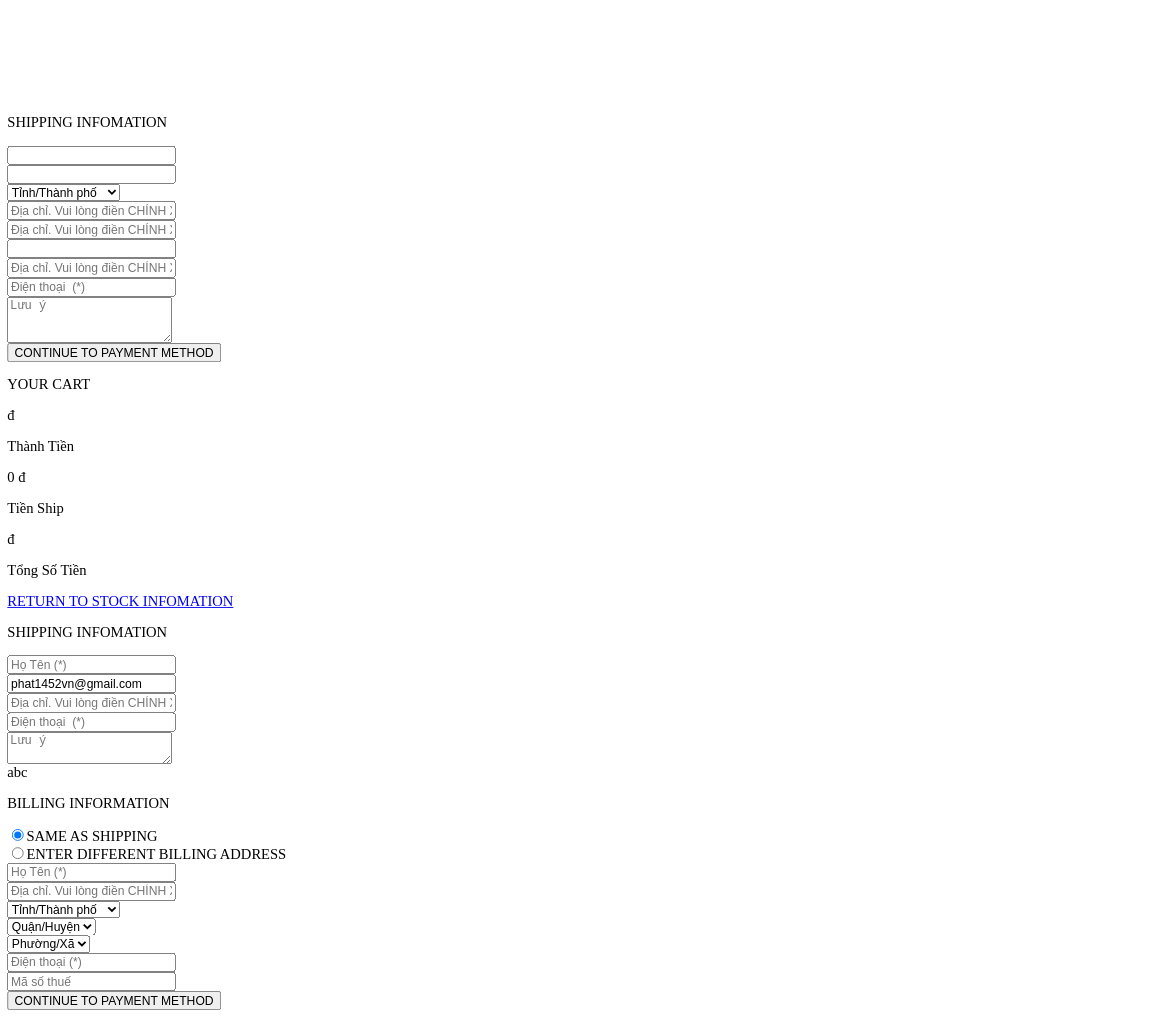
Repository: nguyengiabao245/NHOM3_C2
Page: http://localhost/DoAnJava/WEB-INF/views/order/checkout.jsp
These files come from the project's save history. The page is drawn as it stood at one moment and after the next save; the edit follows.
The browser window is 1280 px wide. The pictures show the whole page, at 91% of full size.
The page is served by Tomcat 9. Nobody is signed in. The template is opened directly, without the code that normally fills it, so the values that code supplies are empty.

Above is the page before, as saved 2022-05-15 12:05:24.

After the next save:
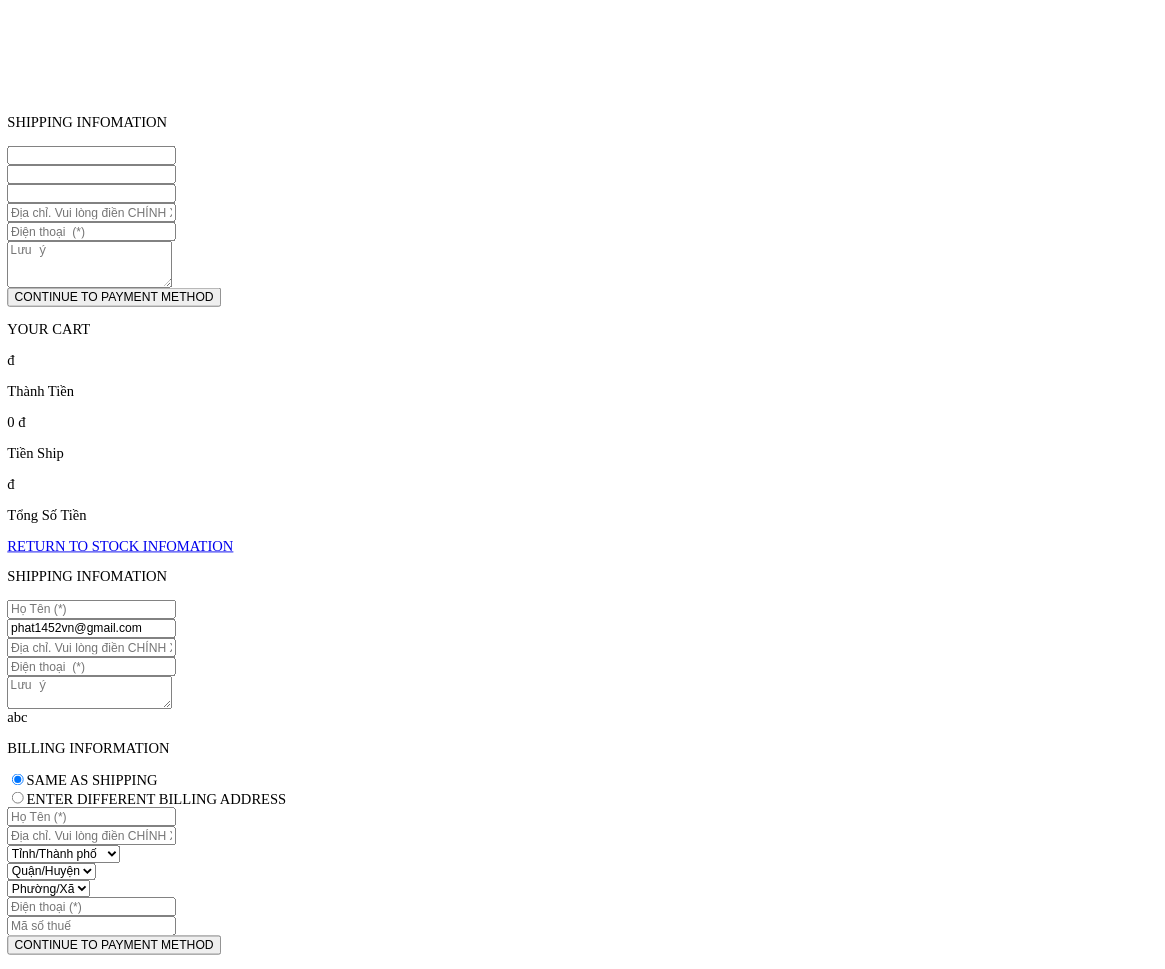
Saved 19 s later.
--- a/DoAnJava/src/main/webapp/WEB-INF/views/order/checkout.jsp
+++ b/DoAnJava/src/main/webapp/WEB-INF/views/order/checkout.jsp
@@ -24,82 +24,8 @@
 								<div class="frm-item">
 									<form:input path="user.id" class="form-control" readonly="true" />
 								</div>
-								<div class="frm-item same-city">
-										<select class="select-city" data-child="district"
-									name="shipping_city_id"><option value="0">Tỉnh/Thành
-										phố</option>
-									<option value="1">Hồ Chí Minh</option>
-									<option value="2">Hà Nội</option>
-									<option value="3">Bình Dương</option>
-									<option value="4">Đà Nẵng</option>
-									<option value="5">Hải Phòng</option>
-									<option value="6">Long An</option>
-									<option value="7">Bà Rịa Vũng Tàu</option>
-									<option value="8">An Giang</option>
-									<option value="9">Bắc Giang</option>
-									<option value="10">Bắc Kạn</option>
-									<option value="11">Bạc Liêu</option>
-									<option value="12">Bắc Ninh</option>
-									<option value="13">Bến Tre</option>
-									<option value="14">Bình Định</option>
-									<option value="15">Bình Phước</option>
-									<option value="16">Bình Thuận</option>
-									<option value="17">Cà Mau</option>
-									<option value="18">Cần Thơ</option>
-									<option value="19">Cao Bằng</option>
-									<option value="20">Đắk Lắk</option>
-									<option value="21">Đắk Nông</option>
-									<option value="22">Điện Biên</option>
-									<option value="23">Đồng Nai</option>
-									<option value="24">Đồng Tháp</option>
-									<option value="25">Gia Lai</option>
-									<option value="26">Hà Giang</option>
-									<option value="27">Hà Nam</option>
-									<option value="28">Hà Tĩnh</option>
-									<option value="29">Hải Dương</option>
-									<option value="30">Hậu Giang</option>
-									<option value="31">Hòa Bình</option>
-									<option value="32">Hưng Yên</option>
-									<option value="33">Khánh Hòa</option>
-									<option value="34">Kiên Giang</option>
-									<option value="35">Kon Tum</option>
-									<option value="36">Lai Châu</option>
-									<option value="37">Lâm Đồng</option>
-									<option value="38">Lạng Sơn</option>
-									<option value="39">Lào Cai</option>
-									<option value="40">Nam Định</option>
-									<option value="41">Nghệ An</option>
-									<option value="42">Ninh Bình</option>
-									<option value="43">Ninh Thuận</option>
-									<option value="44">Phú Thọ</option>
-									<option value="45">Phú Yên</option>
-									<option value="46">Quảng Bình</option>
-									<option value="47">Quảng Nam</option>
-									<option value="48">Quảng Ngãi</option>
-									<option value="49">Quảng Ninh</option>
-									<option value="50">Quảng Trị</option>
-									<option value="51">Sóc Trăng</option>
-									<option value="52">Sơn La</option>
-									<option value="53">Tây Ninh</option>
-									<option value="54">Thái Bình</option>
-									<option value="55">Thái Nguyên</option>
-									<option value="56">Thanh Hóa</option>
-									<option value="57">Thừa Thiên Huế</option>
-									<option value="58">Tiền Giang</option>
-									<option value="59">Trà Vinh</option>
-									<option value="60">Tuyên Quang</option>
-									<option value="61">Vĩnh Long</option>
-									<option value="62">Vĩnh Phúc</option>
-									<option value="63">Yên Bái</option></select>
-								</div>
-								<div class="frm-item">
-									<form:input path="address" class="form-control"
-										placeholder="Địa chỉ. Vui lòng điền CHÍNH XÁC 'tầng, số nhà, đường'.  (*)" />
-								</div>
-								<div class="frm-item">
-									<form:input path="address" class="form-control"
-										placeholder="Địa chỉ. Vui lòng điền CHÍNH XÁC 'tầng, số nhà, đường'.  (*)" />
-								</div>
+
+
 								<div class="frm-item">
 									<form:input path="orderDate" class="form-control" />
 								</div>
